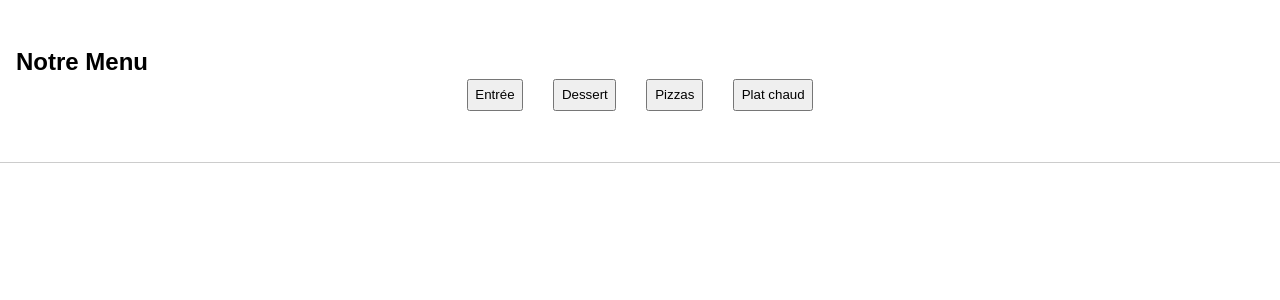
Repository: ByteVoyageur/restaurant-xin
Page: index.html
The author's editor kept a copy of each file at every save. The page is drawn from the files as they stood at one save, then again after the next save.
The browser window is 1280 px wide. The pictures show the whole page.

Above is the page before, as saved 2023-11-04 13:09:54.

After the next save:
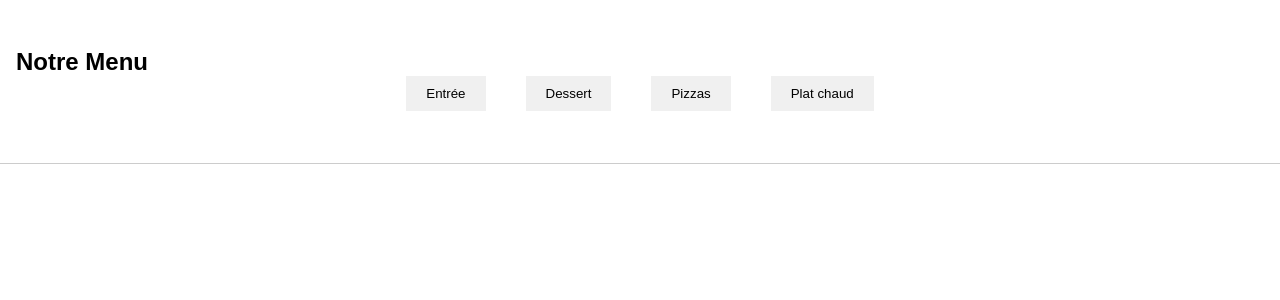
Saved 1 s later.
--- a/style.css
+++ b/style.css
@@ -72,3 +72,41 @@ footer {
     position: static;
   }
 }
+#menu-items .menu-item {
+  border: 1px solid #ddd;
+  padding: 10px;
+  margin-bottom: 10px;
+}
+
+#menu-items .menu-item h3 {
+  margin: 0;
+  color: #333;
+}
+
+#menu-items .menu-item p {
+  font-size: 0.9em;
+  margin: 5px 0;
+}
+
+#menu-items .menu-item span {
+  display: block;
+  margin-top: 5px;
+}
+
+.category-buttons {
+  margin-bottom: 20px;
+}
+
+.category-btn {
+  background-color: #f0f0f0;
+  border: none;
+  padding: 10px 20px;
+  margin: 0 5px;
+  cursor: pointer;
+}
+
+.category-btn:hover {
+  background-color: #ddd;
+}
+
+/* 在此添加更多样式以满足您的设计需求 */
